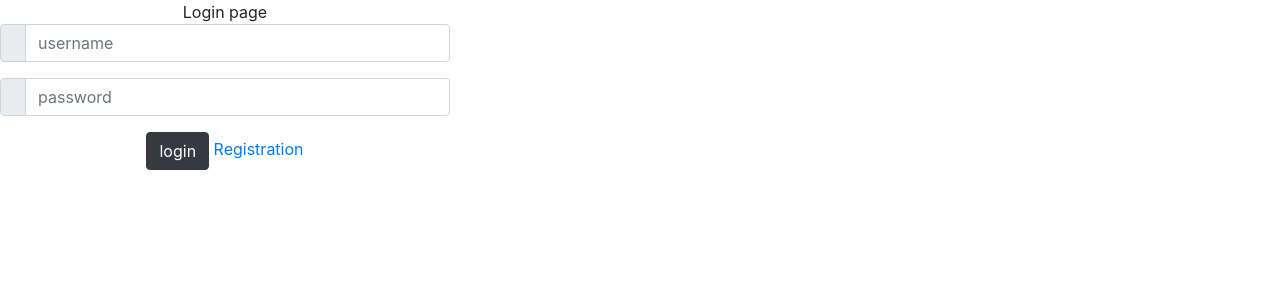
Repository: vishnushelke/LoginPage
Page: http://localhost/MyLoginPage/Login.jsp
The author's editor kept a copy of each file at every save. The page is drawn from the files as they stood at one save, then again after the next save.
The browser window is 1280 px wide. The pictures show the whole page.
The page is served by Tomcat 9.

Above is the page before, as saved 2019-10-10 06:22:51.

After the next save:
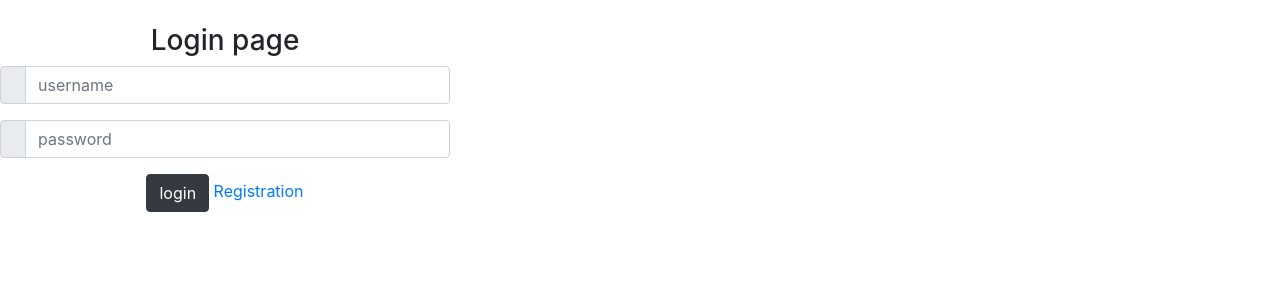
Saved 70 s later.
--- a/MyLoginPage/WebContent/Login.jsp
+++ b/MyLoginPage/WebContent/Login.jsp
@@ -18,7 +18,8 @@ src="https://maxcdn.bootstrapcdn.com/bootstrap/4.3.1/js/bootstrap.min.js"></scri
 <form action="login" method="post">
 <div style='text-align:center'>
 <fieldset style="width:450px">
-Login page<br>
+<br>
+<h3>Login page</h3>
 <div class="input-group mb-3">
   <div class="input-group-prepend">
     <span class="input-group-text" id="basic-addon1"></span>
